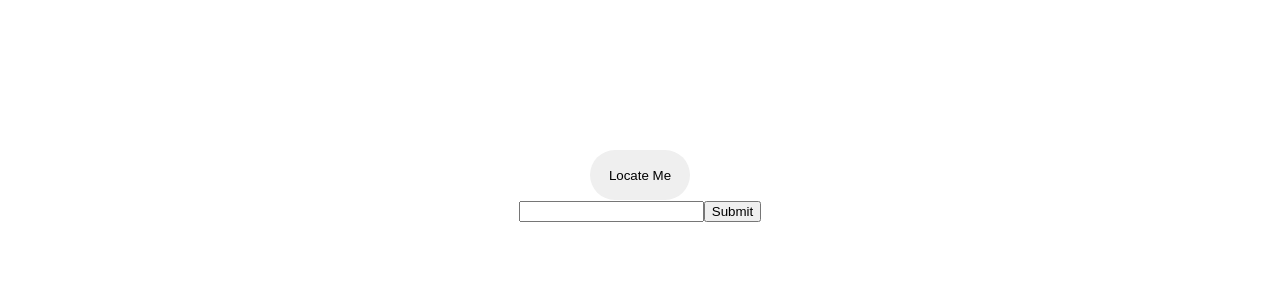
Repository: ahmedazawi/weather-app
Page: /
An editor plug-in stored every save of this project. The page is shown before and after the next save, followed by the edit.
The browser window is 1280 px wide. The pictures show the whole page.
The project was rebuilt for these pictures with package versions that can differ from the ones it lists, and the page was loaded fresh each time. Also part of the build but not shown: src/layout/Header.js, src/assets/css/details.css, src/assets/data/ContextApi.js, src/assets/css/SevenDaysCards.css, src/components/card.js, src/components/SevenDaysCards.js, src/assets/data/Api.js, src/components/Map.js and 2 more.

Above is the page before, as saved 2022-11-30 22:32:35.

### src/App.js
import React, { useState, useEffect } from "react";
import "./App.css";
import Header from "./layout/Header";
import Details from "./components/Details";

import Store from "./assets/data/Store";
function App() {
  const [lat, setLat] = useState();
  const [long, setLong] = useState();
  const [located, setLocated] = useState(false);
  const [cityName, setCityName] = useState("");
  const [subCity, setSubCity] = useState();

  const inputHandler = (event) => {
    setCityName(event.target.value);
  };
  const clickHandler = () => {
    setSubCity(cityName);
  };
  const geolocationAPI = navigator.geolocation;
  const getUserCoordinates = () => {
    if (!geolocationAPI) {
      console.log("Geolocation API is not available in your browser!");
    } else {
      geolocationAPI.getCurrentPosition(
        (position) => {
          const { coords } = position;
          setLat(coords.latitude);
          setLong(coords.longitude);
          setLocated(true);
        },

        (error) => {
          console.log("Something went wrong getting your position!");
        }
      );
    }
  };

  if (!subCity && !located) {
    return (
      <div className="App">
        <button className="btn" onClick={getUserCoordinates}>
          Locate Me
        </button>
        <div>
          <input
            type="text"
            className="form-control"
            name="cityName"
            onChange={inputHandler}
            value={cityName}
          />
          <button onClick={clickHandler} className="btn">
            Submit
          </button>
        </div>
      </div>
    );
  }
  console.log(located);
  return (
    <div>
      <Header />
      <Store located={located} lat={lat} long={long} city={subCity}>
        <Details />
      </Store>
    </div>
  );
}

export default App;

### src/App.css
body {
  --primaryColor: #5e82f4;
  --secondaryColor: #ffffff;
  --borderRadius: 25px;
}

.nav {
  display: flex;
  align-items: center;
  height: 55px;
  background-color: var(--primaryColor);
}
.App {
  display: flex;
  flex-direction: column;
  align-items: center;
  justify-content: center;
  height: 100%;
  width: 100%;
  margin-top: 150px;
}
.App > .btn {
  border: none;
  border-radius: var(--borderRadius);
  height: 50px;
  width: 100px;
}

Loaded but not shown: public/index.html (common file); src/index.js (common file); src/index.css (common file)

After the next save:
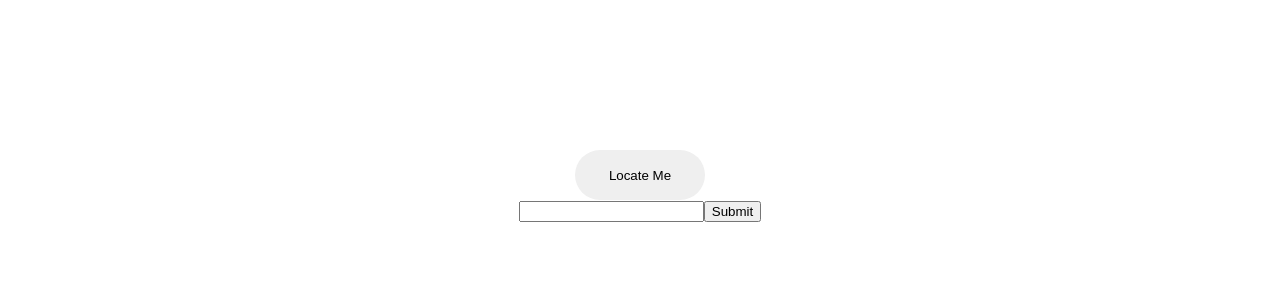
Saved 6 s later.
--- a/src/App.css
+++ b/src/App.css
@@ -23,5 +23,5 @@ body {
   border: none;
   border-radius: var(--borderRadius);
   height: 50px;
-  width: 100px;
+  width: 130px;
 }
